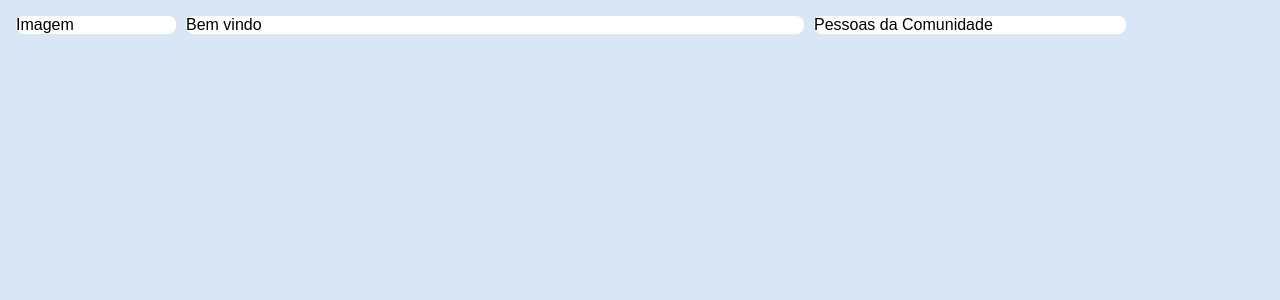
Repository: jminervino/alurakut
Page: /
The author's editor kept a copy of each file at every save. The page is drawn from the files as they stood at one save, then again after the next save.
The browser window is 1280 px wide. The pictures show the whole page.
The project was rebuilt for these pictures with package versions that can differ from the ones it lists, and the page was loaded fresh each time. The framework's server and built-in components were replaced by stand-ins that run in the browser. Also part of the build but not shown: next.config.js.

Above is the page before, as saved 2022-03-24 10:40:29.

After the next save:
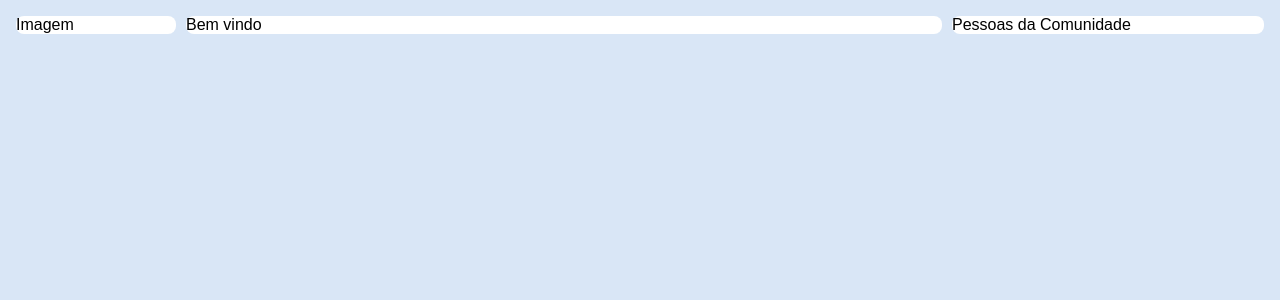
Saved 19 s later.
--- a/pages/index.js
+++ b/pages/index.js
@@ -18,7 +18,7 @@ const MainGrid = styled.main`
   @media (min-width: 860px){
     grid-template-areas:
       "profileArea welcomeArea profileRelationsArea";
-    grid-template-columns: 160px 618px 312px;
+    grid-template-columns: 160px 1fr 312px;
 
     }
 `
